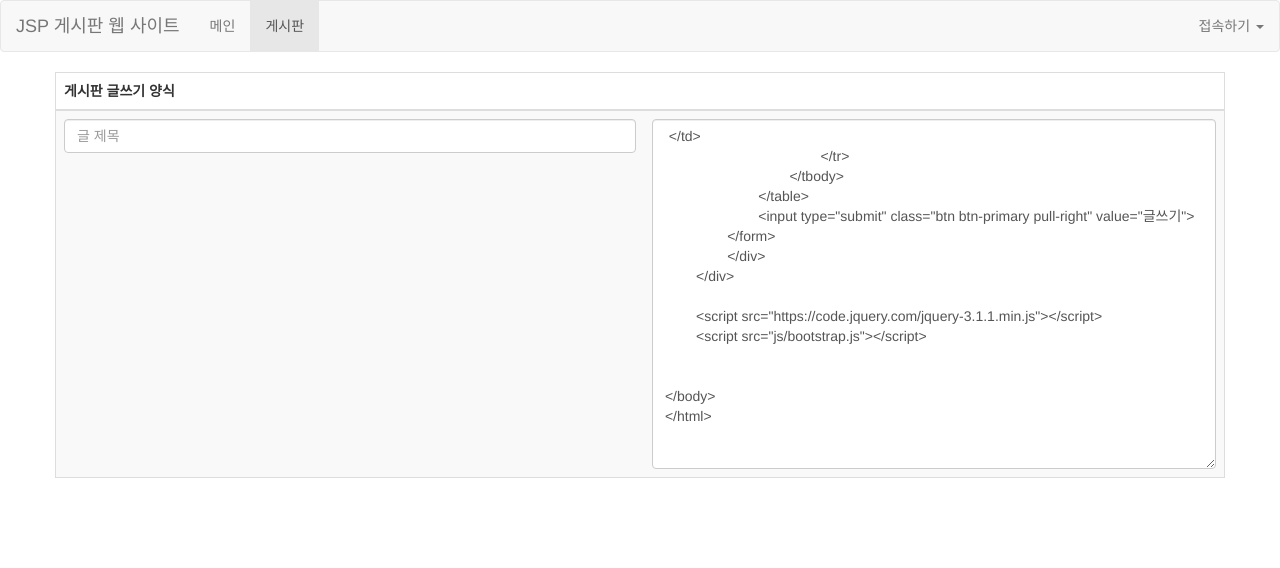
Repository: GorillaDunk/JSP
Page: http://localhost/BBS/write.jsp
An editor plug-in stored every save of this project. The page is shown before and after the next save, followed by the edit.
The browser window is 1280 px wide. The pictures show the whole page.
The page is served by Tomcat 9.

Above is the page before, as saved 2023-10-14 13:14:30.

After the next save:
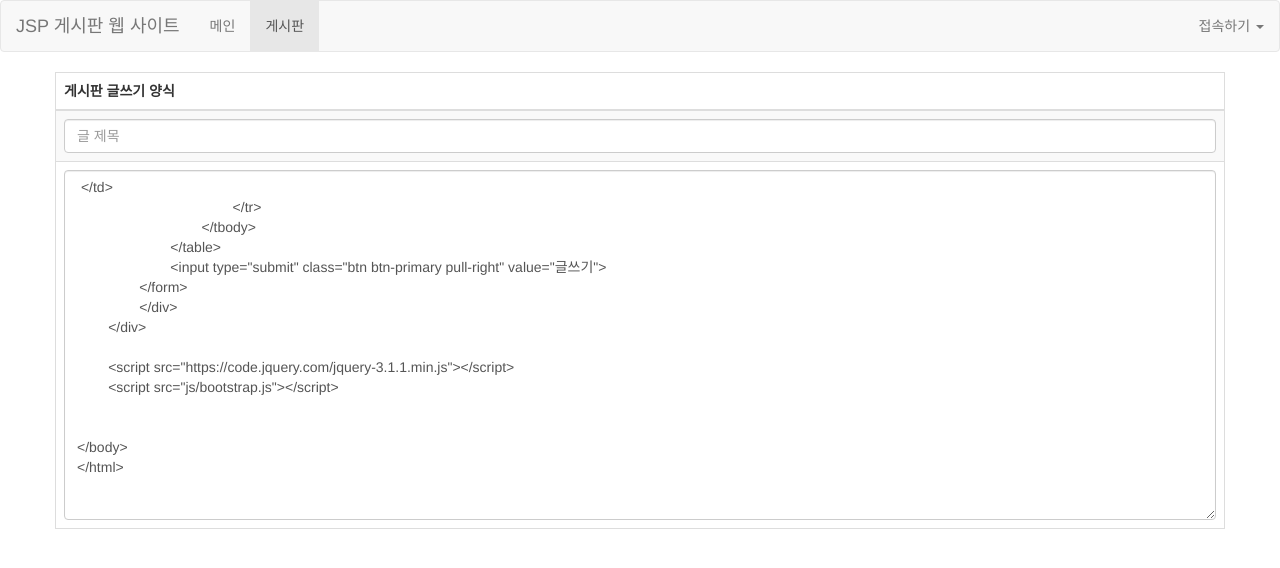
Saved 36 s later.
--- a/projects/BBS/src/main/webapp/write.jsp
+++ b/projects/BBS/src/main/webapp/write.jsp
@@ -86,6 +86,9 @@
 				<tbody>
 					<tr>
 						<td> <input type="text" class="form-control" placeholder="글 제목" name="bbsTitle" maxlength="50"> </td>
+					</tr>
+
+					<tr>
 						<td> <textarea type="text" class="form-control" placeholder="글 내용" name="bbsContent" maxlength="2048" style="height:350px"> </td>
 					</tr>
 				</tbody>
